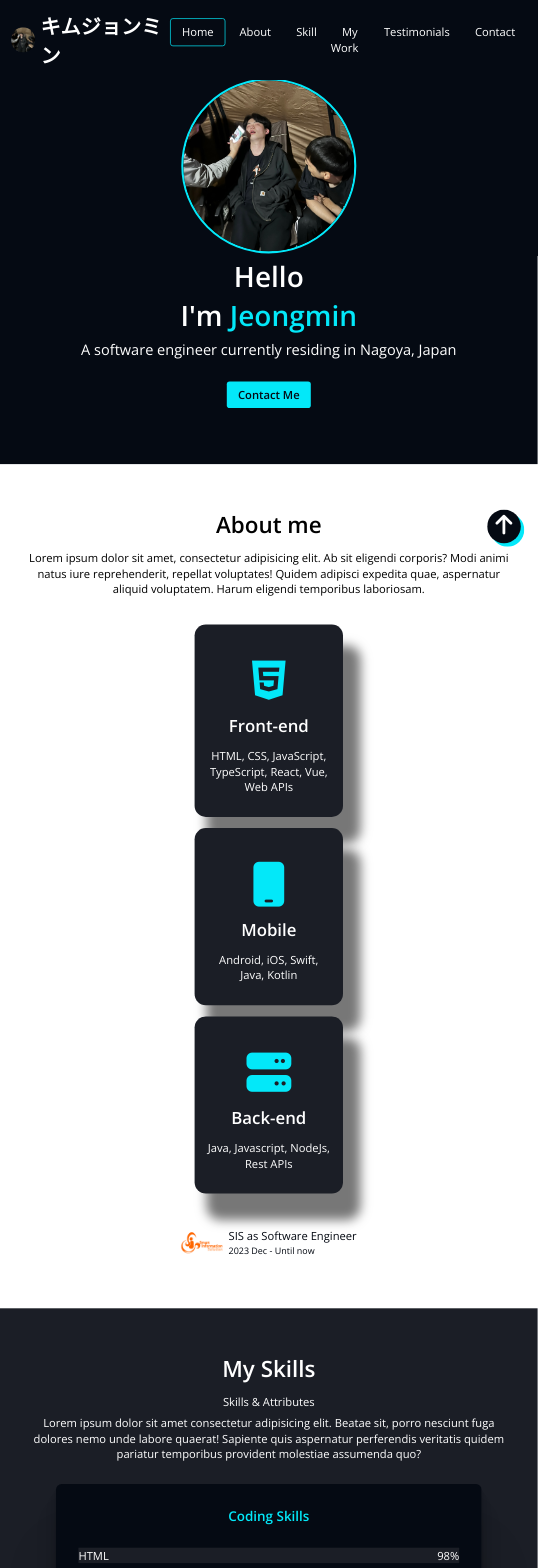
Repository: N1C0N1C0/Portfolio
Page: index.html
An editor plug-in stored every save of this project. The page is shown before and after the next save, followed by the edit.
The browser window is 768 px wide. The pictures show the part of the page from y = 0 to 2240 px (the page is 6495 px tall), at 70% of full size.
Some web libraries are served in a nearby version.

Above is the page before, as saved 2023-12-17 02:40:37.

### index.html
<!DOCTYPE html>
<html lang="jp">
<head>
    <meta charset="UTF-8">
    <meta name="viewport" content="width=device-width, initial-scale=1.0">
    <!-- SEO -->
    <title>My&#39s Portfolio</title>
    <meta
        name="description"
        content="Portfolio for job change"
    />
    <meta
        name="author" content="KimJeongmin"
    />
    <link rel="shortcut icon" href="images/favicon.ico" type="image/x-icon">
    <!-- OG(OPEN Graph Data) -->
    <meta property="og:title" content="Portfolio"/>
    <meta property="og:type" content="website"/>
    <meta property="og:url" content="URL generated after deployment"/>
    <meta property="og:image" content="Image URL created after deployment"/>
    <!-- Google Fonts -->
    <link rel="preconnect" href="https://fonts.googleapis.com">
    <link rel="preconnect" href="https://fonts.gstatic.com" crossorigin>
    <link href="https://fonts.googleapis.com/css2?family=Noto+Sans+JP:wght@300;400;500&family=Open+Sans:wght@400;600&display=swap" rel="stylesheet">
    <!-- Font Awesome -->
    <script src="https://kit.fontawesome.com/04742e9fab.js" crossorigin="anonymous"></script>
    <!-- CSS -->
    <link rel="stylesheet" href="css/style.css">
    <!-- Javascript -->
    <script src="src/main.js" defer></script>
</head>
<body>
    <!-- Header -->
    <header class="header">
        <div class="header__logo">
            <img class="header__logo__img" src="images/favicon.ico" alt="logo" />
            <h1 class="header__logo__title"><a href="#">キムジョンミン</a></h1>
        </div>
        <nav>
            <ul class="header__menu">
                <li><a class="header__menu__item active" href="#home">Home</a></li>
                <li><a class="header__menu__item" href="#about">About</a></li>
                <li><a class="header__menu__item" href="#skills">Skill</a></li>
                <li><a class="header__menu__item" href="#work">My Work</a></li>
                <li><a class="header__menu__item" href="#testimonials">Testimonials</a></li>
                <li><a class="header__menu__item" href="#contact">Contact</a></li>
            </ul>
        </nav>
    </header>
    <!-- Main -->
    <main>
        <!-- Home -->
        <section id="home">
            <img class="home__avatar" src="images/profile.JPG" alt="profile">
            <h2 class="home__title">Hello<br/> I&#39;m <strong class="home__title--strong">Jeongmin</strong></h2>
            <p class="home__description">A software engineer currently residing in Nagoya, Japan</p>
            <a class="home__contact" href="#contact">Contact Me</a>
        </section>
        <!-- About -->
        <section id="about" class="section max-container">
            <h2 class="title">About me</h2>
            <p class="description">
                Lorem ipsum dolor sit amet, consectetur adipisicing elit. Ab sit eligendi corporis? Modi animi natus iure reprehenderit, repellat voluptates! Quidem adipisci expedita quae, aspernatur aliquid voluptatem. Harum eligendi temporibus laboriosam.
            </p>
            <ul class="majors">
                <li class="major">
                    <i class="fa-brands fa-html5 major__icon"></i>
                    <p class="major__title">Front-end</p>
                    <p>HTML, CSS, JavaScript, TypeScript, React, Vue, Web APIs</p>
                </li>
                <li class="major">
                    <i class="fa-solid fa-mobile major__icon"></i>
                    <p class="major__title">Mobile</p>
                    <p>Android, iOS, Swift, Java, Kotlin</p>
                </li>
                <li class="major">
                    <i class="fa-solid fa-server major__icon"></i>
                    <p class="major__title">Back-end</p>
                    <p>Java, Javascript, NodeJs, Rest APIs</p>
                </li>
            </ul>
            <ul class="jobs">
                <li class="job">
                    <img class="job__img" src="images/sis_image.png" alt="株式 SIS">
                    <div>
                        <p class="job__name">SIS as Software Engineer</p>
                        <p class="job__period">2023 Dec - Until now</p>
                    </div>
                </li>
            </ul>
        </section>
        <!-- Skills -->
        <section id="skills" class="section">
            <div class="max-container">
                <h2 class="title">My Skills</h2>
            <p class="description">Skills & Attributes</p>
            <p>
                Lorem ipsum dolor sit amet consectetur adipisicing elit. Beatae sit, porro nesciunt fuga dolores nemo unde labore quaerat! Sapiente quis aspernatur perferendis veritatis quidem     pariatur temporibus provident molestiae assumenda quo?
            </p>
            <div class="skills">
                <section class="skills__coding">
                    <h3 class="skills__title">Coding Skills</h3>
                    <ul>
                        <li class="bar">
                            <div class="bar__metadata"><span>HTML</span><span>98%</span></div>
                            <div class="bar__bg"><div class="bar__value" style="width: 98%"></div></div>
                        </li>
                        <li class="bar">
                            <div class="bar__metadata"><span>CSS</span><span>98%</span></div>
                            <div class="bar__bg"><div class="bar__value" style="width: 98%"></div></div>
                        </li>
                        <li class="bar">
                            <div class="bar__metadata"><span>JavaScript</span><span>98%</span></div><div class="bar__bg">
                            <div class="bar__value" style="width: 98%"></div></div>
                        </li>
                        <li class="bar">
                            <div class="bar__metadata"><span>TypeScript</span><span>98%</span></div>
                            <div class="bar__bg"><div class="bar__value" style="width: 98%"></div></div>
                        </li>
                        <li class="bar">
                            <div class="bar__metadata"><span>React</span><span>98%</span></div>
                            <div class="bar__bg"><div class="bar__value" style="width: 98%"></div></div>
                        </li>
                        <li class="bar">
                            <div class="bar__metadata"><span>Java</span><span>68%</span></div>
                            <div class="bar__bg"><div class="bar__value" style="width: 68%"></div></div>
                        </li>
                    </ul>
                </section>
                <section class="skills__tools">
                    <h3 class="skills__title">Tools</h3>
                    <ul>
                        <li>Visual Studio Code</li>
                        <li>IntelliJ</li>
                        <li>Eclipse</li>
                        <li>SpringToolSuite4</li>
                    </ul>
                </section>
                <section class="skills__etc">
                    <h3 class="skills__title">Etc</h3>
                    <ul>
                        <li>Git</li>
                        <li>Post Man</li>
                        <li>Math</li>
                    </ul>
                </section>
            </div>
            </div>
        </section>
        <!-- Work -->
        <section id="work" class="section">
            <div class="max-container">
                <h2 class="title">My work</h2>
            <p class="description">Projects</p>
            <ul class="categories">
                <li><button class="category category--selected">All <span class="category__count">8</span></button></li>
                <li><button class="category">Front-end <span class="category__count">3</span></button></li>
                <li><button class="category">back-end <span class="category__count">3</span></button></li>
                <li><button class="category">Mobile <span class="category__count">2</span></button></li>
            </ul>
            <ul class="projects">
                <li class="project"><a href="#" target="_blank">
                    <img src="images/ncs_image.gif" alt="profile1" class="project__img">
                    <div class="project__metadata">
                        <h3 class="project__metadata__title">Project #1</h3>
                        <p>Clone Coding with HTML, CSS</p>
                    </div>
                </a></li>
                <li class="project"><a href="#" target="_blank">
                    <img src="images/ncs_image.gif" alt="profile2" class="project__img">
                    <div class="project__metadata">
                        <h3 class="project__metadata__title">Project #2</h3>
                        <p>Clone Coding with HTML, CSS</p>
                    </div>
                </a></li>
                <li class="project"><a href="#" target="_blank">
                    <img src="images/ncs_image.gif" alt="profile3" class="project__img">
                    <div class="project__metadata">
                        <h3 class="project__metadata__title">Project #3</h3>
                        <p>Clone Coding with HTML, CSS</p>
                    </div>
                </a></li>
                <li class="project"><a href="#" target="_blank">
                    <img src="images/ncs_image.gif" alt="profile4" class="project__img">
                    <div class="project__metadata">
                        <h3 class="project__metadata__title">Project #4</h3>
                        <p>Clone Coding with HTML, CSS</p>
                    </div>
                </a></li>
                <li class="project"><a href="#" target="_blank">
                    <img src="images/ncs_image.gif" alt="profile5" class="project__img">
                    <div class="project__metadata">
                        <h3 class="project__metadata__title">Project #5</h3>
                        <p>Clone Coding with HTML, CSS</p>
                    </div>
                </a></li>
                <li class="project"><a href="#" target="_blank">
                    <img src="images/ncs_image.gif" alt="profile6" class="project__img">
                    <div class="project__metadata">
                        <h3 class="project__metadata__title">Project #6</h3>
                        <p>Clone Coding with HTML, CSS</p>
                    </div>
                </a></li>
                <li class="project"><a href="#" target="_blank">
                    <img src="images/ncs_image.gif" alt="profile7" class="project__img">
                    <div class="project__metadata">
                        <h3 class="project__metadata__title">Project #7</h3>
                        <p>Clone Coding with HTML, CSS</p>
                    </div>
                </a></li>
                <li class="project"><a href="#" target="_blank">
                    <img src="images/ncs_image.gif" alt="profile8" class="project__img">
                    <div class="project__metadata">
                        <h3 class="project__metadata__title">Project #8</h3>
                        <p>Clone Coding with HTML, CSS</p>
                    </div>
                </a></li>
            </ul>
            </div>
        </section>
        <!-- Testimonials -->
        <section id="testimonials" class="section max-container">
            <h2 class="title">Testimonial</h2>
            <p class="description">See what they say about me</p>
            <ul class="testimonials">
                <li class="testimonial">
                    <img src="images/favicon.ico" alt="" class="testimonial__img">
                    <div class="testimonial__bubble">
                        <p>Lorem ipsum dolor sit amet, consectetur adipisicing elit. Nesciunt modi iusto veniam commodi reiciendis ullam optio, delectus cum pariatur ea magnam accusamus dolor sequi praesentium aliquid laudantium non quae eligendi.</p>
                        <p><a href="#" class="testimonial__bubble__name">James Kim</a> / Google</p>
                    </div>
                </li>
                <li class="testimonial">
                    <img src="images/favicon.ico" alt="" class="testimonial__img">
                    <div class="testimonial__bubble">
                        <p>Lorem ipsum dolor sit amet, consectetur adipisicing elit. Nesciunt modi iusto veniam commodi reiciendis ullam optio, delectus cum pariatur ea magnam accusamus dolor sequi praesentium aliquid laudantium non quae eligendi.</p>
                        <p><a href="#" class="testimonial__bubble__name">James Kim</a> / Google</p>
                    </div>
                </li>
                <li class="testimonial">
                    <img src="images/favicon.ico" alt="" class="testimonial__img">
                    <div class="testimonial__bubble">
                        <p>Lorem ipsum dolor sit amet, consectetur adipisicing elit. Nesciunt modi iusto veniam commodi reiciendis ullam optio, delectus cum pariatur ea magnam accusamus dolor sequi praesentium aliquid laudantium non quae eligendi.</p>
                        <p><a href="#" class="testimonial__bubble__name">James Kim</a> / Google</p>
                    </div>
                </li>
            </ul>
        </section>
        <!-- Arrow up -->
        <aside>
            <a class="arrow-up" href="#home" title="back to top">
                <i class="fa-solid fa-arrow-up"></i>
            </a>
        </aside>
    </main>
    <!-- Footer -->
    <footer id="contact" class="section">
        <div class="max-container">
            <h2 class="title">Let&#39;s talk</h2>
        <p class="description">dothd8775@gmail.com</p>
        <ul class="contact__links">
            <li>
                <a class="contact__link" href="https//github.com/" target="_blank" title="my github link">
                    <i class="fa-brands fa-github"></i>
                </a>
            </li>
            <li>
                <a class="contact__link" href="https//github.com/" target="_blank" title="my kinkedin link">
                    <i class="fa-brands fa-linkedin"></i>
                </a>
            </li>
        </ul>
        <p>©️kimujeongmin</p>
        </div>
    </footer>
</body>
</html>

### css/style.css
/* Global */
:root {
    /* App Colors */
    --color-primary: var(--color-black);
    --color-primary-variant: var(--color-gray);
    --color-accent: var(--color-blue);
    --color-accent-variant: var(--color-orange);
    --color-text: var(--color-white);

    /* Colors */
    --color-white : #ffffff;
    --color-black : #050a13;
    --color-blue : #03e8f9;
    --color-orange : #fd6413;
    --color-gray : #1b1e26;

    /* Size */
    --size-max-width : 1200px;
}

* {
    box-sizing: border-box;
}

body {
    font-family: 'Open Sans', sans-serif;
    margin: 0;
}

h1, h2, h3, p, ul {
    margin: 0;
}

ul {
    list-style: none;
    padding: 0;
}

a {
    text-decoration: none;
    color: var(--color-text);
}

button {
    background-color: transparent;
    outline: 0;
    border: 0;
}

button:focus {
    outline: 1px solid var(--color-accent);
}

/* Common */
.section {
    padding: 4rem;
    text-align: center;
}

.title {
    font-size: 2.5rem;
    margin: 1rem 0;
}

.description {
    font-size: 1.5rem;
    margin: 0.5rem 0;
}

.max-container {
    max-width: var(--size-max-width);
    margin: auto;
}

/* Header */
.header {
    background-color: var(--color-black);
    position: fixed;
    top: 0;
    width: 100%;
    padding: 1rem;
    display: flex;
    justify-content: space-between;
    align-items: center;
    z-index: 1;
}

.header__logo {
    display: flex;
    align-items: center;
    gap: 8px;
}

.header__logo__img {
    width: 36px;
    height: 36px;
    border-radius: 100%;
}

.header__logo__title {
    font-size: 1.8rem;
}

.header__menu {
    display: flex;
    gap: 4px;
}

.header__menu__item {
    padding: 8px 16px;
}

.header__menu__item:hover {
    border-bottom: 1px solid var(--color-accent);
}

.header__menu__item.active {
    border: 1px solid var(--color-accent);
    border-radius: 4px;
}

/* Home */
#home {
    background-color: var(--color-primary);
    color: var(--color-text);
    padding: 5rem 1rem;
    padding: 7rem;
    text-align: center;
}

.home__avatar {
    width: 250px;
    height: 250px;
    object-fit: cover;
    border-radius: 100%;
    border: 3px solid var(--color-accent);
}

.home__title {
    font-size: 3rem;
    margin-bottom: ;
}

.home__title--strong {
    color: var(--color-accent);
}

.home__description {
    font-size: 1.3rem;
}

.home__contact {
    display: inline-block;
    background-color: var(--color-accent);
    color: var(--color-black);
    margin: 2rem;
    padding: 0.5rem 1rem;
    font-weight: bold;
    border-radius: 4px;
}

.home__contact:hover {
    background-color: transparent;
    color: var(--color-text);
    outline: 2px solid var(--color-accent);
}

/* About */
.majors {
    display: flex;
    justify-content: space-between;
    gap: 1rem;
    margin: 2.5rem 0;
}

.major {
    background-color: var(--color-primary-variant);
    width: 30%;
    padding: 2rem 1rem;
    color: var(--color-text);
    border-radius: 1rem;
    cursor: default;
    box-shadow: 21px 34px 15px 4px #777777;
}

.major__icon {
    font-size: 4rem;
    margin: 1rem 0;
    color: var(--color-accent);
    transition: all 300ms ease;
}

.major__title {
    font-size: 1.5rem;
    font-weight: bold;
    margin-bottom: 1rem;
}

.major:hover .major__icon{
    transform: rotate(-15deg) scale(1.2);
}

.jobs {
    text-align: start;
}

.job {
    display: flex;
    align-items: center;
    gap: 8px;
    margin-bottom: 1rem;
}

.job__img {
    width: 60px;
    height: 60px;
    object-fit: contain;
}

.job__name {
    color: var(--color-primary);
}

.job__period {
    color: var(--color-primary);
    font-size: 0.8rem;
}

/* Skills */
#skills {
    background-color: var(--color-primary-variant);
    color: var(--color-text);

}

.skills {
    display: grid;
    grid-template-columns: 6fr 4fr;
    margin: 2rem 3rem;
    border-radius: 8px;
    overflow: hidden;
    box-shadow: 0 2.8px 2.2px rgba(0, 0, 0, 0.034), 0 6.7px 5.3px rgba(0, 0, 0, 0.048), 0 12.5px 10px rgba(0, 0, 0, 0.06), 0 22.3px 17.9px rgba(0, 0, 0, 0.072), 0 41.8px 33.4px rgba(0, 0, 0, 0.086), 0 100px 80px rgba(0, 0, 0, 0.12);
}

.skills__title {
    color: var(--color-accent);
    margin: 1rem 0;
    font-size: 1.2rem;
}

.skills__coding {
    grid-row: span 2;
    padding: 1rem;
    background-color: var(--color-primary);
}

.skills__tools {
    padding: 1rem;
}

.skills__etc {
    padding: 1rem;
    background-color: var(--color-primary);
    filter: brightness(150%);
}

.bar {
    display: flex;
    flex-direction: column;
    padding: 1rem;
    gap: 0.5rem;
}

.bar__metadata {
    display: flex;
    justify-content: space-between;
    background-color: var(--color-primary-variant);
}

.bar__value {
    height: 3px;
    background-color: var(--color-accent);
}

/* Work */
#work {
    background-color: var(--color-primary);
    color: var(--color-text);
}

.categories {
    display: flex;
    justify-content: center;
    margin: 2.5rem;
    gap: 1rem;
}

.category {
    position: relative;
    color: var(--color-text);
    font-size: 1.1rem;
    padding: 0.5rem 3rem;
    border-radius: 4px;
    border: 1px solid var(--color-accent);
    cursor: pointer;
    white-space: nowrap;
}

.category--selected {
    background-color: var(--color-accent);
    color: var(--color-primary);
}

.category__count {
    opacity: 0;
    position: absolute;
    top: -20px;
    right: 16px;
    width: 28px;
    height: 28px;
    line-height: 28px;
    border-radius: 100%;
    background-color: var(--color-accent-variant);
    color: var(--color-text);
    transition: all 250ms ease-in;
}

.category--selected .category__count,
.category:hover .category__count {
    opacity: 1;
    top: 0;
}

.projects {
    display: grid;
    grid-template-columns: repeat(4, 1fr);
    grid-template-rows: repeat(2, 1fr);
    gap: 1rem;
}

.project {
    position: relative;
    border-radius: 8px;
    overflow: hidden;
}

.project__img {
    width: 100%;
}

.project__metadata {
    position: absolute;
    top: 0;
    left: 0;
    width: 100%;
    height: 100%;
    background-color: var(--color-black);
    opacity: 0;
    display: flex;
    flex-direction: column;
    justify-content: center;
    align-items: center;
    transition: all 250ms ease-in;
    transform: translateY(-10px);
}

.project__metadata:hover {
    opacity: 0.8;
    transform: translateY(0px);
}

.project__metadata__title:after {
    content: '';
    display: block;
    position: relative;
    left: 50%;
    transform: translateX(-50%);
    margin: 0.5rem 0;
    width: 70px;
    height: 2px;
    background-color: var(--color-accent);
}

/* Testimonial */
.testimonials {
    margin: 3rem;
}

.testimonial {
    display: flex;
    gap: 2rem;
    align-items: center;
    margin-bottom: 2rem;
}

.testimonial:nth-child(even) .testimonial__img {
    order: 1;
}

.testimonial__img {
    width: 150px;
    height: 150px;
    border-radius: 100%;
    box-shadow: rgba(0, 0, 0, 0.24) 0px 3px 8px;
}

.testimonial__bubble {
    padding: 1rem;
    border-radius: 8px;
    box-shadow: rgba(0, 0, 0, 0.24) 0px 3px 8px;
}

.testimonial__bubble__name {
    color: var(--color-accent);
    font-weight: bold;
    filter: brightness(70%);
}

/* Arrow up */
.arrow-up {
    background-color: var(--color-primary);
    position: fixed;
    bottom: 3rem;
    right: 3rem;
    font-size: 3rem;
    width: 4.5rem;
    height: 4.5rem;
    border-radius: 100%;
    text-align: center;
    box-shadow: 5px 5px 0px 0px var(--color-accent);
}

/* Footer */
#contact {
    background-color: var(--color-primary);
    color: var(--color-text);
}

.contact__links {
    display: flex;
    justify-content: center;
    gap: 1rem;
    padding: 1rem;
    font-size: 2rem;
}

.contact__link {
    transition: color 250ms ease-in;
}
.contact__link:hover {
    color: var(--color-accent);
}

@media screen and (max-width: 768px) {
    .section {
        padding: 3rem 2rem;
    }

    .title {
        font-size: 2rem;
    }

    .description {
        font-size: 1rem;
    }

    #home {
        padding-bottom: 3rem;
    }

    .home__title {
        font-size: 2.5rem;
        margin-bottom: 0.5rem;
    }

    .majors {
        flex-direction: column;
        align-items: center;
    }

    .major {
        max-width: 25rem;
    }

    .job {
        justify-content: center;
    }

    .skills {
        grid-template-columns: 1fr;
    }

    .categories {
        flex-direction: column;
    }

    .category {
        width: 100%;
    }

    .projects {
        grid-template-columns: repeat(2, 1fr);
    }

    .testimonial {
        flex-direction: column;
    }

    .testimonial:nth-child(even) .testimonial__img {
        order: 0;
    }

    .arrow-up {
        font-size: 2rem;
        width: 3rem;
        height: 3rem;
        bottom: 1.5rem;
        right: 1.5rem;
    }


}

Loaded but not shown: src/main.js (no copy from this time; the picture is the same without it)

After the next save:
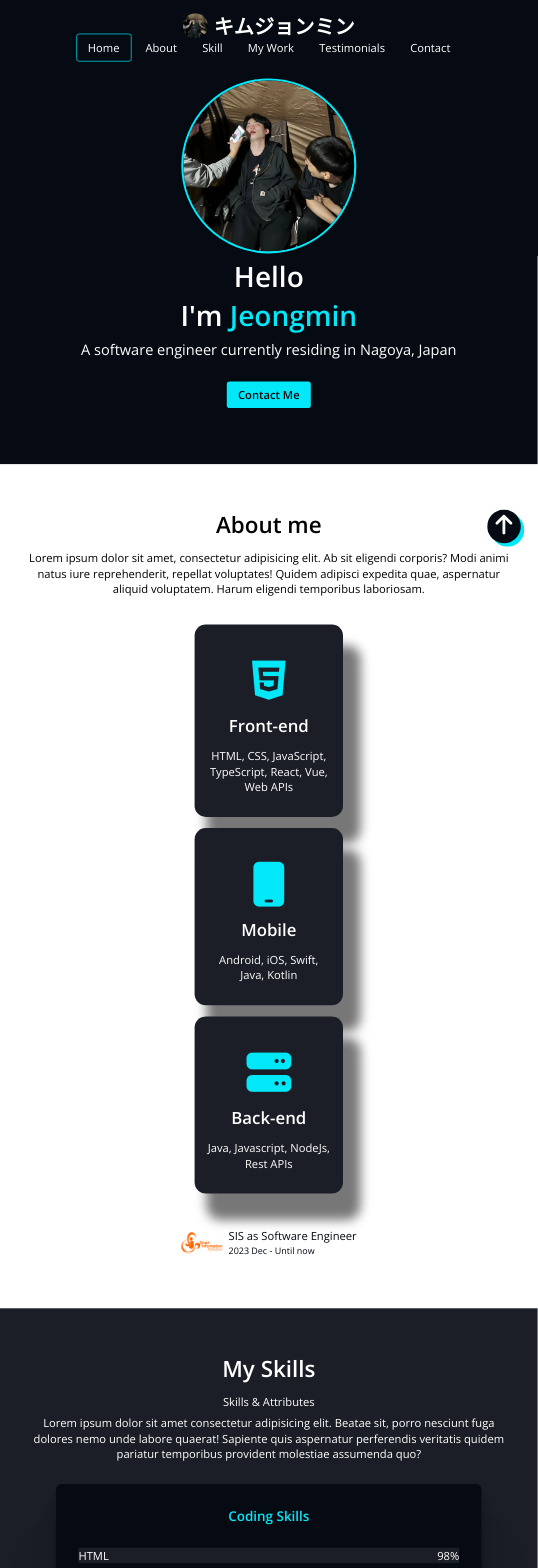
Saved 38 s later.
--- a/css/style.css
+++ b/css/style.css
@@ -464,6 +464,10 @@
         font-size: 1rem;
     }
 
+    .header {
+        flex-direction: column;
+    }
+
     #home {
         padding-bottom: 3rem;
     }
